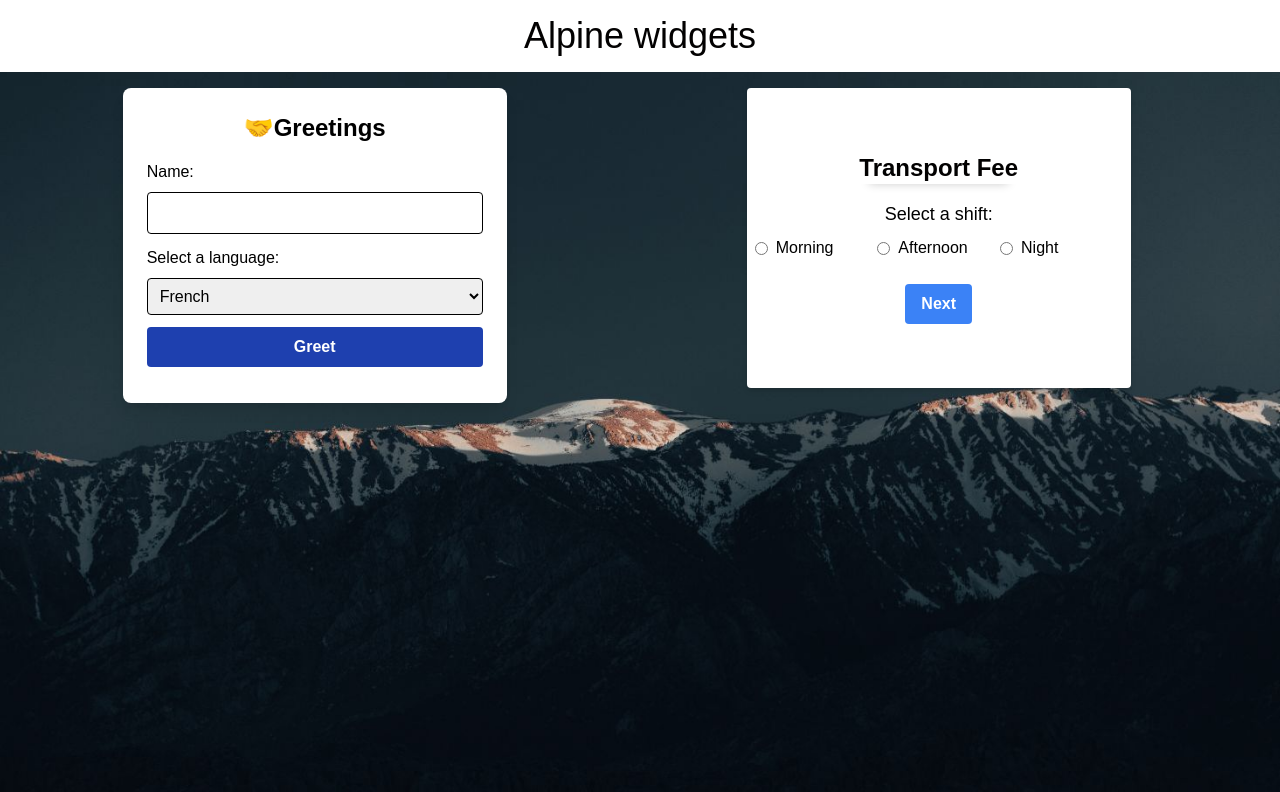
Repository: lasity34/alpine-bootcamp-widgets
Page: index.html
The author's editor kept a copy of each file at every save. The page is drawn from the files as they stood at one save, then again after the next save.
The browser window is 1280 px wide. The pictures show the whole page.
Some web fonts or font styles are not loaded; a fallback is used. Some web libraries are served in a nearby version.

Above is the page before, as saved 2023-07-12 15:49:14.
Console error: ReferenceError: shift is not defined

After the next save:
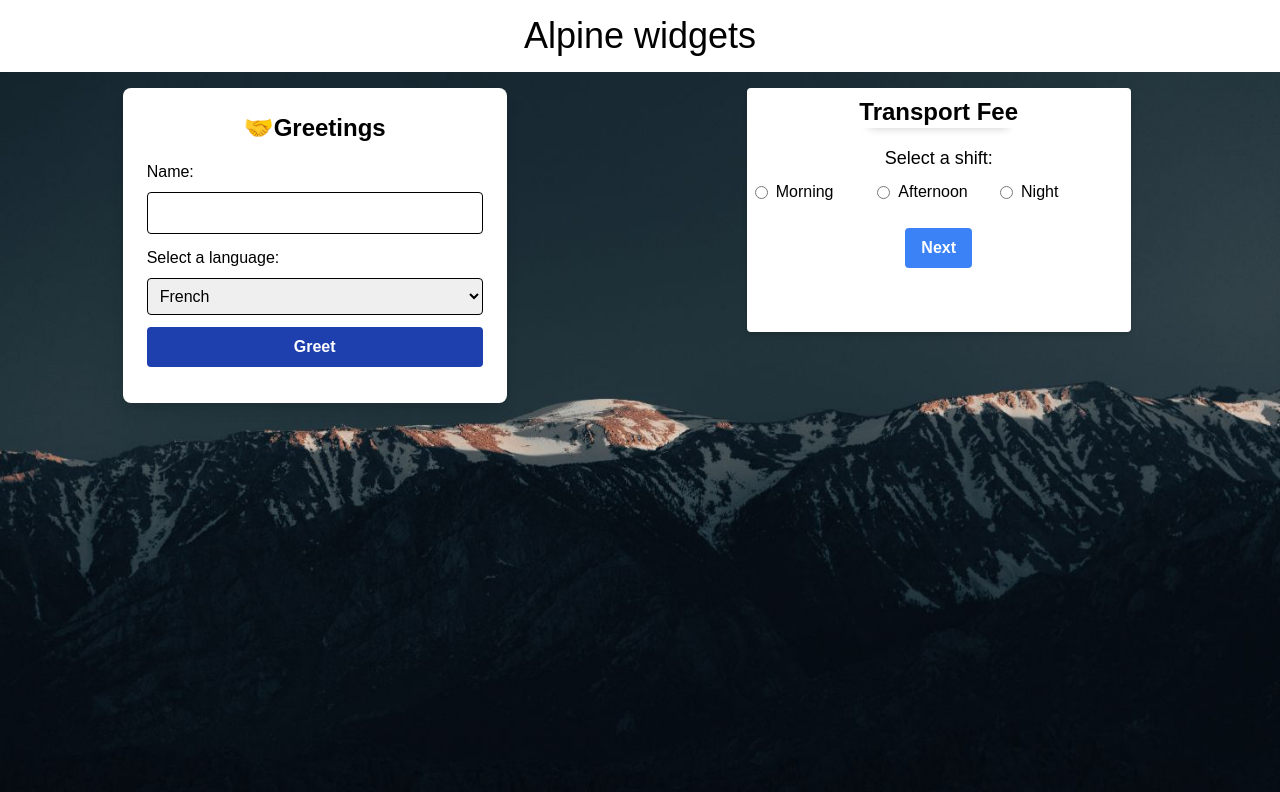
Saved 9 s later.
--- a/index.html
+++ b/index.html
@@ -69,7 +69,7 @@
       class="w-1/3 "
         x-data="transportFee"
       >
-      <div class="flex flex-col items-center bg-white max-w-sm mt-4 py-16 p-2 rounded shadow-md">
+      <div class="flex flex-col items-center bg-white max-w-sm mt-4 pb-16 p-2 rounded shadow-md">
         <h1 class="text-2xl font-bold mb-4">Transport Fee</h1>
 
         <label class="text-lg mb-2">Select a shift:</label>
